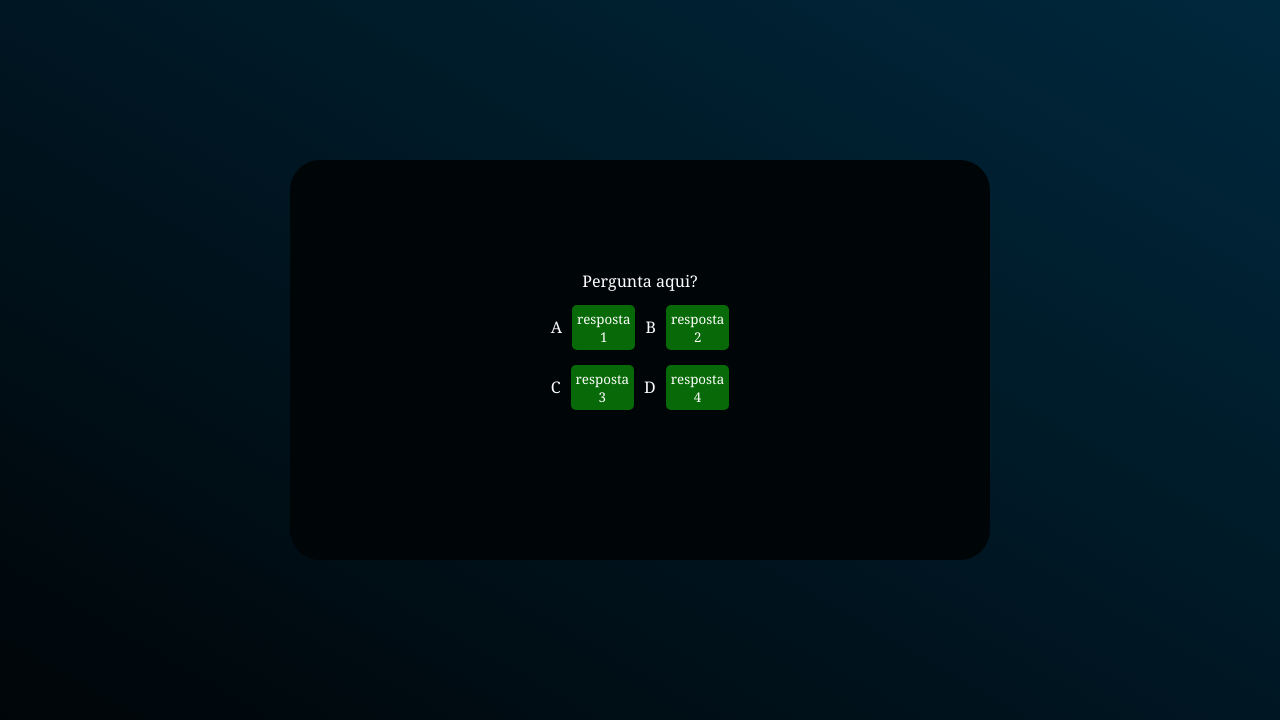
Repository: LaisSilvaO/Projeto-Quizz
Page: telas/index.html
These files come from the project's save history. The page is drawn as it stood at one moment and after the next save; the edit follows.
The browser window is 1280 px wide. The pictures show the whole page.

Above is the page before, as saved 2024-12-26 11:09:43.

### telas/index.html
<!DOCTYPE html>
<html lang="pt-br">

<head>
    <meta charset="UTF-8">
    <meta name="viewport" content="width=device-width, initial-scale=1.0">
    <title>Perguntas</title>
    <link rel="stylesheet" href="../img/tela.css">
</head>

<body>

    <div class="box1">
        <div class="box2">
            <div class="content">
                <span class="qtddquestao"></span>
                <span class="questao">Pergunta aqui?</span>
                <div class="resposta">
                    A<button class="respbotao">resposta 1</button>
                    B<button class="respbotao">resposta 2</button>
                </div>
                <div class="resposta">
                    C<button class="respbotao">resposta 3</button>
                    D<button class="respbotao">resposta 4</button>
                </div>
            </div>
            <div class="final">
                <span></span>
                <button>REINICIAR JOGO</button>
                <button class="proximapergunta">PROXIMA PERGUNTA</button>
            </div>
        </div>
    </div>


</body>

</html>

### img/tela.css
* {
  margin: 0;
  padding: 0;
  box-sizing: border-box;
  font-family: Cambria, Cochin, Georgia, Times, 'Times New Roman', serif;
}

body {
  height: 100vh;
  display: flex;
  justify-content: center;
  align-items: center;
  flex-direction: column;
  background: linear-gradient(210deg, #00283d, #000508);
}

main {
  background-color: white;
  padding: 10px;
  border-radius: 10px;
  width: 100%;
  max-width: 600px;
  min-height: 400px;
  display: flex;
  justify-content: center;
  align-items: center;
}

.box1 {
  position: relative;
  width: 700px;
  height: 410px;

  border-radius: 30px;
  display: flex;
  justify-content: center;
  align-items: center;
  flex-direction: column;
  overflow: hidden;

}

.box2 {
  position: relative;
  width: 700px;
  height: 400px;
  background-color: #000508;
  border-radius: 30px;
  display: flex;
  justify-content: center;
  align-items: center;
  flex-direction: column;
  overflow: hidden;
  color: white;
}

/* Borda animada externa */
.box1::before {
  content: '';
  position: absolute;
  top: 0;
  left: 0;
  width: 100%;
  height: 100%;
  border-radius: 30px;
  border: 0px solid transparent;
  /* Espessura da borda aumentada */
  background-image: linear-gradient(to bottom, #157815, #93b608);
  background-size: 400%;
  /* Aumenta o tamanho da animação da borda */
  animation: borderAnimation 6s linear infinite;
  z-index: -1;
  /* Garante que a borda fique atrás do conteúdo */
}

@keyframes borderAnimation {
  0% {
    top: 0px;
    left: 0px;
  }

  25% {
    top: 0px;
    left: 700px;
    /* Canto superior direito */
  }

  50% {
    top: 0px;
    left: 0px;
    /* Canto inferior direito */
  }

  75% {
    top: 700px;
    left: 0px;
    /* Canto inferior esquerdo */
  }

  100% {
    top: 700px;
    left: 0px;
    /* Retorna ao canto superior esquerdo */
  }
}

h2 {
  padding: 10px;
  display: flex;
  /* Ativa o modelo de layout flex */
  justify-content: center;
  /* Centraliza horizontalmente */
  align-items: center;
  /* Centraliza verticalmente */
  text-align: center;
  /* Centraliza as linhas de texto */
  height: 40%;
}

h4 {
  padding: 10px;
}

.content {
  display: flex;
  gap: 10px;
  flex-direction: column;
  width: 700px;
  height: 200px;
  align-items: center;
}

.qtddquestao {
  text-align: end;
}

.resposta {
  display: flex;
  gap: 10px;
  justify-content: center;
  align-items: center;
  width: 100px;
  height: 50px;
}

button {
  width: 90px;
  height: 45px;
  text-align: center;
  padding: 5px;
  border: none;
  border-radius: 5px;
  cursor: pointer;
  background-color: rgb(8, 105, 8);
  color: white;
}

.final {
  display: none;
  flex-direction: column;
  gap: 10px;

}

.final button {
  text-align: center;
}

After the next save:
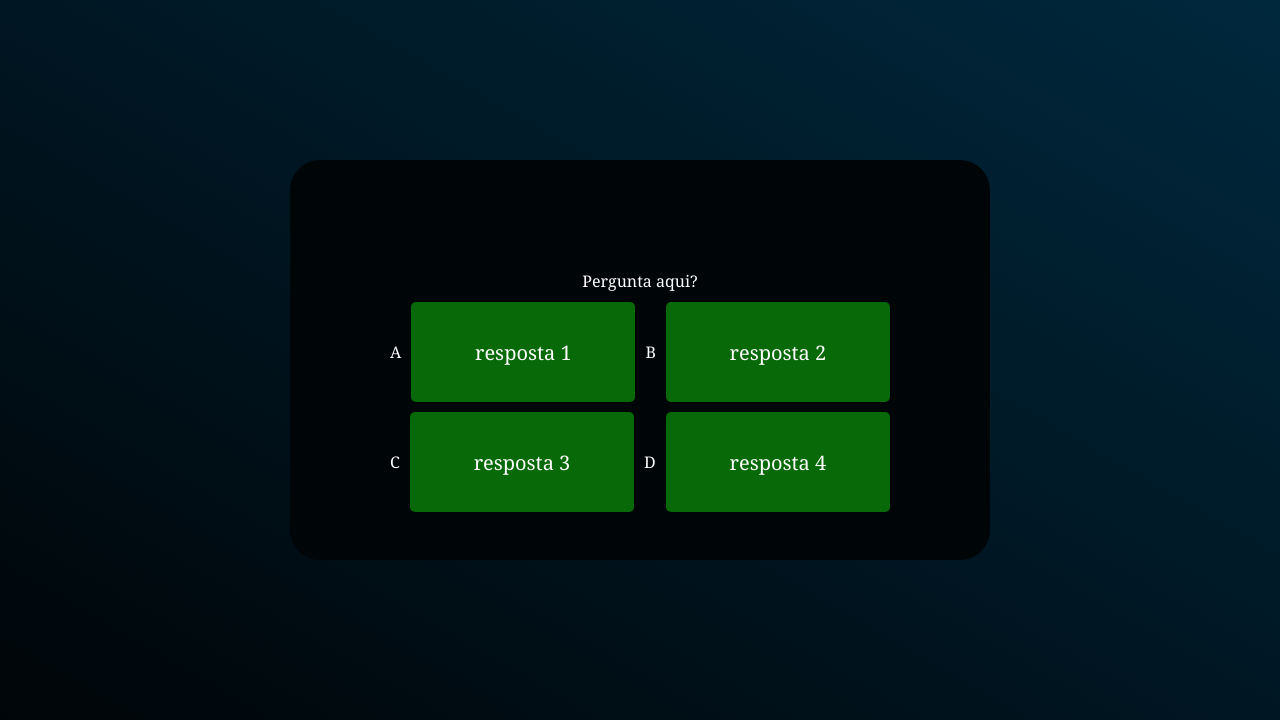
Saved 25 min 16 s later.
--- a/img/tela.css
+++ b/img/tela.css
@@ -139,9 +139,16 @@ h4 {
   gap: 10px;
   justify-content: center;
   align-items: center;
-  width: 100px;
-  height: 50px;
+  width: 500px; /* Aumentado */
+  height: 200px; /* Aumentado */
 }
+
+.resposta button {
+  width: 500px; /* Aumentado */
+  height: 100px; /* Aumentado */
+  font-size: 20px; /* Para melhorar a legibilidade */
+}
+
 
 button {
   width: 90px;
